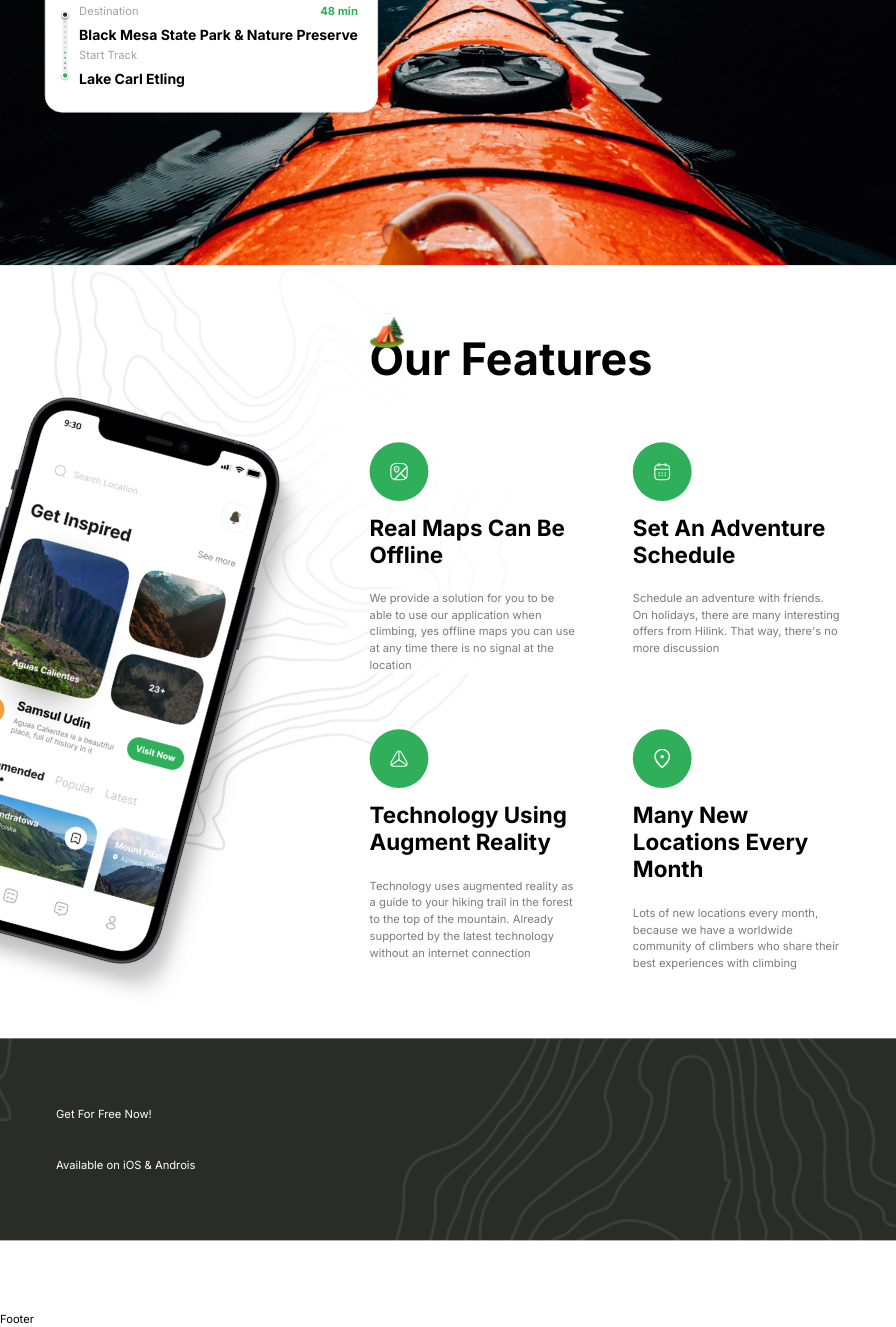
Repository: MikeeBuilds/camp
Page: /
The author's editor kept a copy of each file at every save. The page is drawn from the files as they stood at one save, then again after the next save.
The browser window is 1280 px wide. The pictures show the part of the page from y = 2284 to 4204 px (the page is 4180 px tall before and 4204 px after), at 70% of full size.
The project was rebuilt for these pictures with package versions that can differ from the ones it lists, and the page was loaded fresh each time. The framework's server and built-in components were replaced by stand-ins that run in the browser. Also part of the build but not shown: next.config.js.

Above is the page before, as saved 2023-11-25 16:27:22.

### app/layout.tsx
import type { Metadata } from 'next'

import './globals.css'
import Navbar from '@/components/Navbar'
import Footer from '@/components/Footer'


export const metadata: Metadata = {
  title: 'Travel',
  description: 'Travel UI/UX App for camping',
}

export default function RootLayout({
  children,
}: {
  children: React.ReactNode
}) {
  return (
    <html lang="en">
      <head>
        <link rel="icon" href="img/favicon.ico" sizes='any'/>
      </head>
      <body className="">
        <Navbar/>
        <main className='relative overflow-hidden'>
        {children}
        </main>
        <Footer/>
      </body>
    </html>
  )
}

### app/page.tsx
import Camp from "@/components/Camp";
import Features from "@/components/Features";
import GetApp from "@/components/GetApp";
import Guide from "@/components/Guide";
import Hero from "@/components/Hero";

export default function Home() {
  return (
    <>
      <Hero/>
      <Camp/>
      <Guide/>
      <Features/>
      <GetApp/>
    </>
  )
}

### components/Navbar.tsx
import { NAV_LINKS } from '@/constants'
import Image from 'next/image'
import Link from 'next/link'
import Button from './Button'

const Navbar = () => {
    return (
        <nav className="flexBetween max-container padding-container relative z-30 py-5">
            <Link href="/">
                <Image src="/hilink-logo.svg" alt="logo" width={74} height={29} />
            </Link>

            <ul className="hidden h-full gap-12 lg:flex">
                {NAV_LINKS.map((link) => (
                    <Link href={link.href} key={link.key} className="regular-16 text-gray-50 flexCenter cursor-pointer pb-1.5 transition-all hover:font-bold">
                        {link.label}
                    </Link>
                ))}
            </ul>

            <div className='lg:flexCenter hidden'>
                <Button
                    type="button"
                    title="Login"
                    icon="/user.svg"
                    variant="btn_dark_green"
                />
            </div>

            <Image
                src="menu.svg"
                alt='menu'
                width={32}
                height={32}
                className='inline-block cursor-pointer lg:hidden'
            />
        </nav>
    )
}

export default Navbar

### components/Camp.tsx
import { PEOPLE_URL } from "@/constants";
import Image from "next/image";

interface CampProps {
  backgroundImage: string;
  title: string;
  subtitle: string;
  peopleJoined: string
}

const CampSite = ({ backgroundImage, title, subtitle, peopleJoined }: CampProps) => {
  return (
    <div className={`h-full w-full min-w-[1100px] ${backgroundImage} bg-cover bg-no-repeat lg:rounded-r-5xl 2xl:rounded-5xl`}>
      <div className="flex h-full flex-col items-start justify-between p-6 lg:px-20 lg:py-10">
        <div className="flex-center gap-4">
          <div className="rounded-full bg-green-50 p-4">
            <Image
              src="/folded-map.svg"
              alt="map"
              width={28}
              height={28}
            />
          </div>
          <div className="flex flex-col gap-1">
            <h4 className="bold-18 text-white">
              {title}
            </h4>
            <p className="regular-14 text-white">
              {subtitle}
            </p>
          </div>
        </div>
        <div className="flex-center gap-6">
          <span className="flex -space-x-4 overflow-hidden">
            {PEOPLE_URL.map((url) => (
              <Image
                src={url}
                key={url}
                alt="person"
                width={52}
                height={52}
                className="inline-block h-10 w-10 rounded-full"
              />
            ))}
          </span>
          <p className="bold-16 md:bold-20 text-white">{peopleJoined}</p>
        </div>
      </div>
    </div>
  )
};

const Camp = () => {
  return (
    <section className=' 2xl:max-container
    relative flex flex-col py-10 lg:mb-20 xl:mb-20'>
      <div className='hide-scrollbar flex h-[340px] w-full items-start
      justify-start gap-8 overflow-x-auto lg:h-[400px] xl:h-[640px]'>
        <CampSite
          backgroundImage="bg-bg-img-1"
          title="Ouachita National Forest"
          subtitle="Hodgen, OK"
          peopleJoined="50+ joined"
        />
        <CampSite
          backgroundImage="bg-bg-img-2"
          title="Robbers Cave State Park"
          subtitle="Wilburton, OK"
          peopleJoined="50+ joined"
        />
      </div>

      <div className="flexEnd mt-10 px-6 lg:-mt-60 lg:mr-6">
        <div className="bg-green-50 p-8 lg:max-w-[500px] xl:max-w-[734px] xl:rounded-5xl xl:px-16 xl:py-20 relative w-full overflow-hidden rounded-3xl">
          <h2 className="regular-24 md:regular-32 2xl:regular-64 capitalize text-white">
            <strong>Feeling Lost </strong>
            And Not Knowing The Way?
          </h2>
          <p className="regular-14 xl:regular-16 mt-5 text-white">
            Starting from the anxiety of the hikers when visiting a new hiking location,
            the possibility of getting lost is very strong. That's why we are here for those of you
            who want to start a new adventure
          </p>
          <Image
            src="/quote.svg"
            alt="camp-2"
            width={186}
            height={219}
            className="camp-quote"
          />
        </div>
      </div>
    </section>
  )
}

export default Camp

### components/Features.tsx
import { FEATURES } from '@/constants'
import Image from 'next/image'
import React from 'react'

const Features = () => {
  return (
    <section className='
    flex-col flexCenter overflow-hidden bg-feature-bg bg-no-repeat py-24'>
      <div className='max-container padding-container relative w-full flex justify-end'>
        <div className='flex flex-1 lg:min-h-[900px]'>
          <Image
            src="/phone.png"
            alt='phone'
            width={440}
            height={1000}
            className='feature-phone'
          />
        </div>

        <div className='z-20 flex w-full flex-col lg:w-[60%]'>
          <div className='relative'>
            <Image
              src="/camp.svg"
              alt='camp'
              width={50}
              height={50}
              className='absolute l-[-5px] top-[-28px] w-10 lg:w-[50px]'
            />
            <h2 className='bold-40 lg:bold-64'>Our Features</h2>
          </div>
          <ul className='mt-10 grid gap-10 md:grid-cols-2 lg:mt-20 lg:gap-20'>
            {FEATURES.map((features) => (
              <FeatureItem
              title={features.title}
              key={features.title}
              icon={features.icon}
              description={features.description}
            />
            ))}
          </ul>
        </div>
      </div>
    </section>
  )
}

type FeatureItem = {
  title: string;
  icon: string;
  description: string;
}

const FeatureItem = ({ title, icon, description }:
  FeatureItem) => {
  return (
    <li className='flex w-full flex-1 flex-col items-start'>
      <div className='rounded-full p-4 lg:p-7 bg-green-50'>
      <Image
        src={icon}
        alt='map'
        width={28}
        height={28}
      />
      </div>
      <h2 className='bold-20 lg:bold-32 mt-5 capitalize'>
        {title}
      </h2>
      <p className='regular-16 mt-5 bg-white/80 text-gray-30 lg:mt-[30px] lg:bg-none'>
        {description}
      </p>
    </li>
  )
}

export default Features

### components/GetApp.tsx
import React from 'react'

const GetApp = () => {
  return (
    <section className='flexCenter w-full flex-col pb-[100px]'>
      <div className='get-app'>
        <div className='z-20 flex w-full flex-1 flex-col items-start justify-center gap-12'>
          <h2 className=''>Get For Free Now!</h2>
          <p>Available on iOS & Androis</p>
        </div>
      </div>
    </section>
  )
}

export default GetApp

### components/Guide.tsx
import Image from 'next/image'
import React from 'react'

const Guide = () => {
  return (
    <section className='flexCenter flex-col'>
      <div className='padding-container max-container
      w-full pb-24'>
        <Image
          src="/camp.svg"
          alt='camp'
          width={50}
          height={50}
        />
        <p className='uppercase regular-18 -mt-1 mb-3 text-green-50'>
          We are here for you
        </p>
        <div className='flex flex-wrap justify-between gap-5 lg:gap-10'>
          <h2 className='bold-40 lg:bold-64 xl:max-w-[390px]'>Guide you through the easy path</h2>
          <p className='regualr-16 text-gray-30 xl:max-w-[520px]'>
            Only with the Hilink App. you will no longer get lost again. because we
            already support offline maps when there is no internet connection in the filed.
            Invite you friends and relatives to have fun in the wilderness through the valley,
            and reach the top of the mointain
          </p>
        </div>
      </div>

      <div className='flexCenter max-container relative w-full'>
          <Image
            src="/boat.png"
            alt='boat'
            width={1440}
            height={580}
            className='w-full object-cover object-center 2xl:rounded-5xl'
          />

          <div className='absolute flex bg-white py-8 pl-5 pr-7 gap-3 rounded-3xl border shadow-md md:left-[5%] lg:top-20'>
            <Image
              src="/meter.svg"
              alt='meter'
              width={16}
              height={158}
              h-full w-auto
            />
            <div className='flexbetween flex-col'>
              <div className='flex w-full flex-col'>
                <div className='flexBetween w-full'>
                  <p className='regaular-16 text-gray-20'>Destination</p>
                  <p className='bold-16 text-green-50'>48 min</p>
                </div>
                  <p className='bold-20 mt-2'>Black Mesa State Park & Nature Preserve</p>
              </div>

              <div className='flex w-full flex-col'>
                  <p className='regaular-16 text-gray-20'>Start Track</p>
                  <h4 className='bold-20 mt-2 whitespace-nowrap'>Lake Carl Etling</h4>
              </div>
            </div>
          </div>
      </div>
    </section>
    )
}

export default Guide

### components/Hero.tsx
import Image from 'next/image';
import React from 'react';
import Button from "./Button";

const Hero = () => {
  return (
    <section className=' max-container padding-container flex flex-col gap-20 py-10 pb-32 md:gap-28 lg:py-20 xl:flex-row'>
      <div className='hero-map' />

      {/* LEFT SIDE */}

      <div className='relative z-20 flex flex-1 flex-col xl:w-1/2'>
        <Image
          src="/camp.svg"
          alt='camp'
          height={50}
          width={50}
          className='absolute left-[-5px] top-[-30px] w-10 lg:w-[50px]'
        />

        <h1 className='bold-52 lg:bold-88'>
          Oklahoma Camp Areas
        </h1>
        <p className='regular-16 mt-6 text-gray-30 xl:max-w-[520px]'>
          Embark on every Oklahoma adventure with us, discovering the untamed beauty of nature.
          Experience the wonders of our state's diverse landscapes—all in one app.
        </p>
        <div className='my-11 flex flex-wrap gap-5'>
            <div className='flex items-center gap-2'>
              {Array(5).fill(1).map((_, index) => (
                <Image
                  src="/star.svg"
                  key={index}
                  alt='star'
                  height={24}
                  width={24}
                />
              ))}
            </div>

            <p className='bold-16 lg:bold-20 text-blue-70'>
              68k
              <span className='regular-16 lg:regular-20 ml-1'>Awesome Reviews</span>
            </p>
        </div>

        <div className='flex flex-col w-full gap-3 sm:flex-row'>
          <Button
            type='button'
            title='Download App'
            variant='btn_green'
          />
          <Button
          type='button'
          title='How We Work'
          icon='/play.svg'
          variant='btn_white_text'
        />
        </div>
      </div>

      <div className='relative flex flex-1 items-start'>
          <div className='relative z-20 flex w-[268px] flex-col gap-8 rounded-3xl bg-green-90 px-7 py-8'>


            <div className='flex flex-col'>
              <div className='flexBetween'>
                <p className='regu;ar-16 text-gray-20'>
                  Location
                </p>
                <Image
                  src="/close.svg"
                  alt='logo'
                  width={24}
                  height={24}
                />
              </div>
              <p className='bold-20 text-white'>Chickasaw National Recreation Area</p>
                </div>

              <div className='flexBetween'>
                <div className='flex flex-col'>
                  <p className='regular-16 block text-gray-20'>Distance</p>
                  <p className='bold-20 text-white'>24mi</p>
                </div>
                <div className='flex flex-col'>
                  <p className='regular-16 block text-gray-20'>Elevation</p>
                  <p className='bold-20 text-white'>2.040 km</p>
                </div>
              </div>
            </div>
          </div>
    </section>
  )
}

export default Hero

### components/Button.tsx
import Image from "next/image";

type ButtonProps = {
    type: 'button' | "submit";
    title: string;
    icon?: string;
    variant: 'btn_dark_green'
}


const button = ({ type, title, icon, variant}: ButtonProps) => {
  return (
    <button
        className={`flexCenter gap-3 rounded-full border ${variant}`}
        type={type}
    >
        {icon && <Image src={icon} alt={title} width={24} height={24}/>}
        <label className="bold-16 whitespace-nowrap">{title}</label>
    </button>
  )
}

export default button

Loaded but not shown: app/globals.css (common file); components/Footer.tsx (common file); constants/index.ts (common file); tailwind.config.ts (common file)

After the next save:
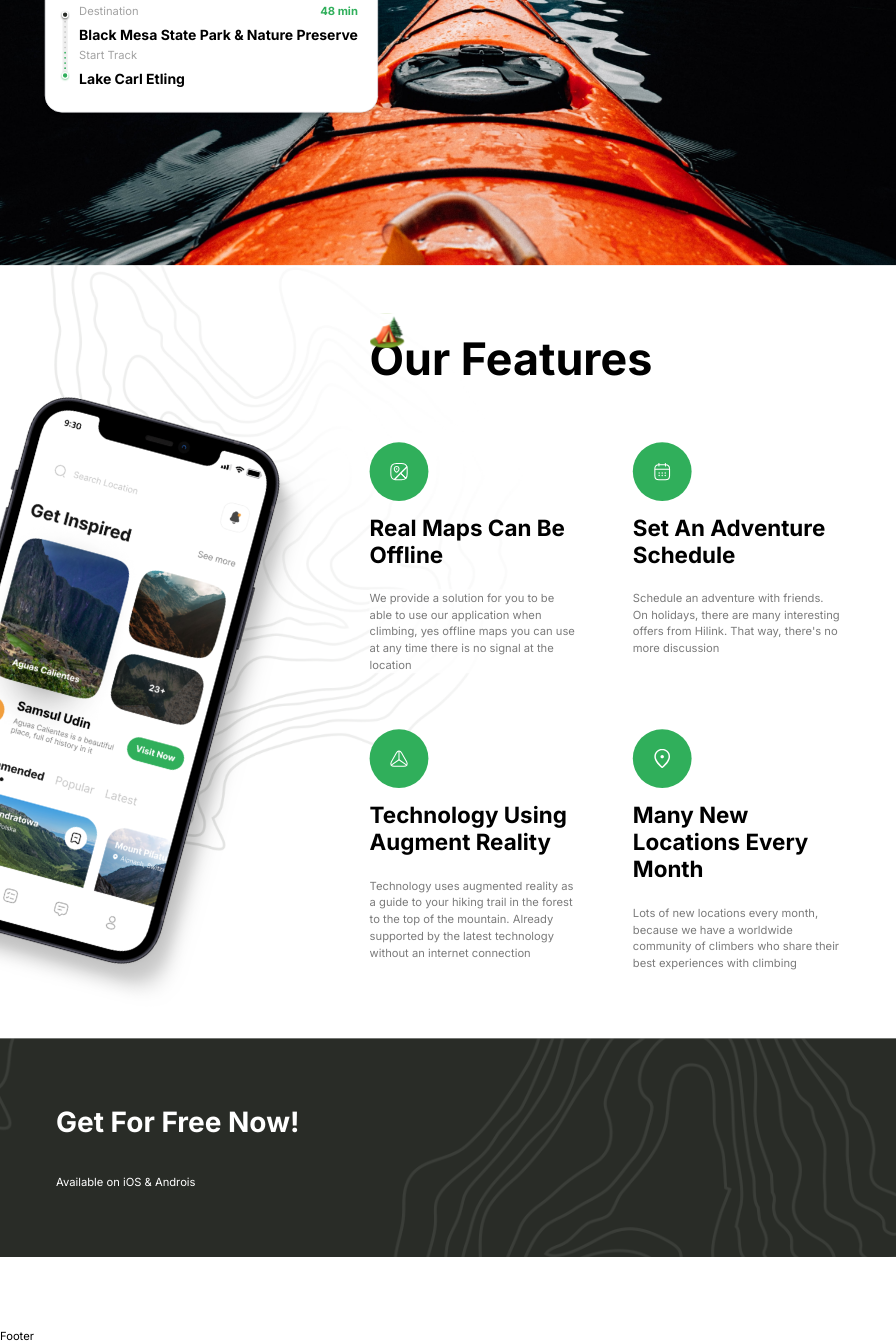
Saved 6 s later.
--- a/components/GetApp.tsx
+++ b/components/GetApp.tsx
@@ -5,7 +5,7 @@
     <section className='flexCenter w-full flex-col pb-[100px]'>
       <div className='get-app'>
         <div className='z-20 flex w-full flex-1 flex-col items-start justify-center gap-12'>
-          <h2 className=''>Get For Free Now!</h2>
+          <h2 className='bold-40'>Get For Free Now!</h2>
           <p>Available on iOS & Androis</p>
         </div>
       </div>
